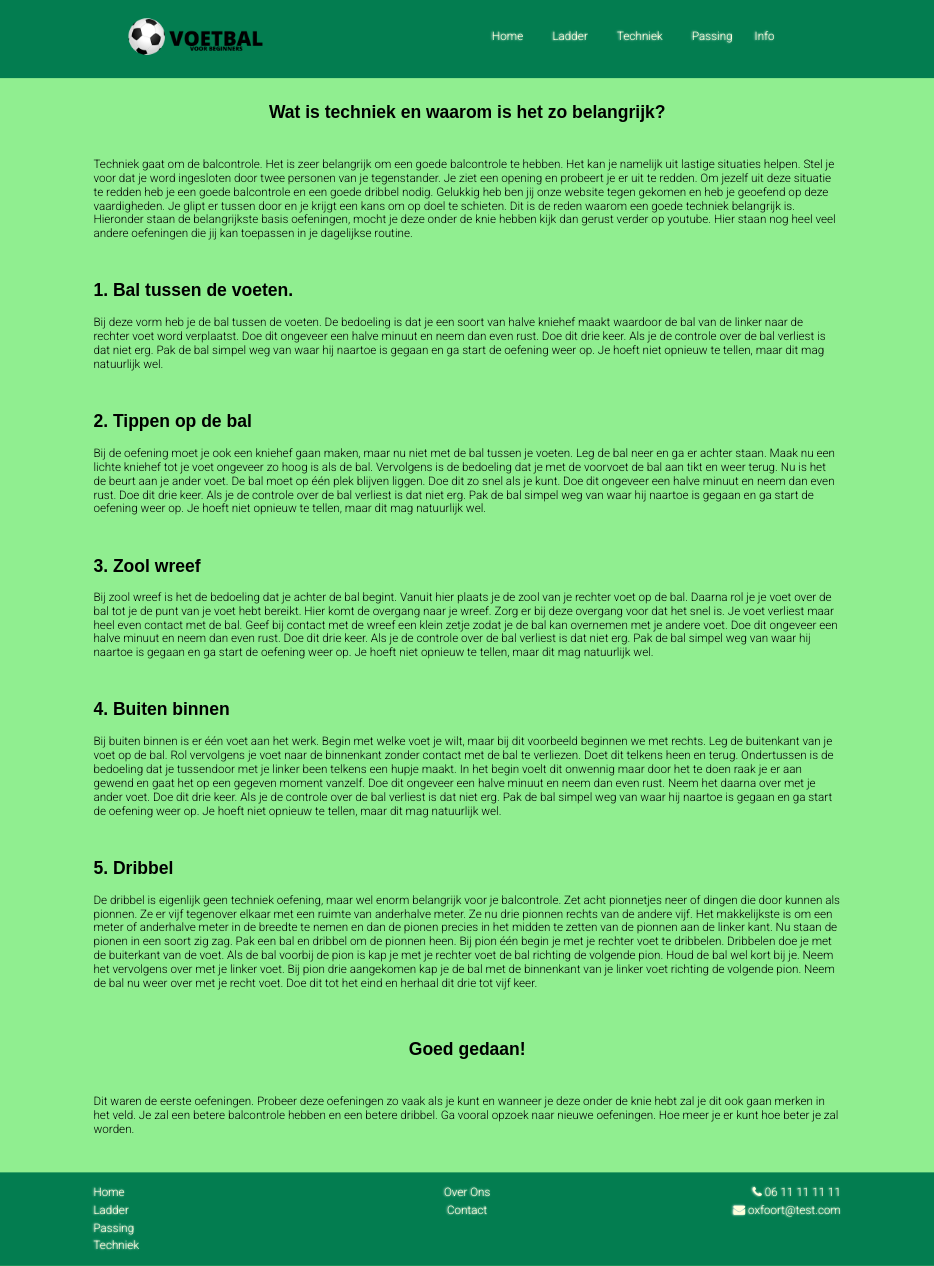
Repository: KelvinOxfoort/Start
Page: techniek.html
The author's editor kept a record of every edit. The page is drawn from the files as they stood at one moment, then again after the next edit.
The browser window is 1280 px wide. The pictures show the whole page, at 73% of full size.
Some web fonts or font styles are not loaded; a fallback is used.

Above is the page before.

After the next edit:
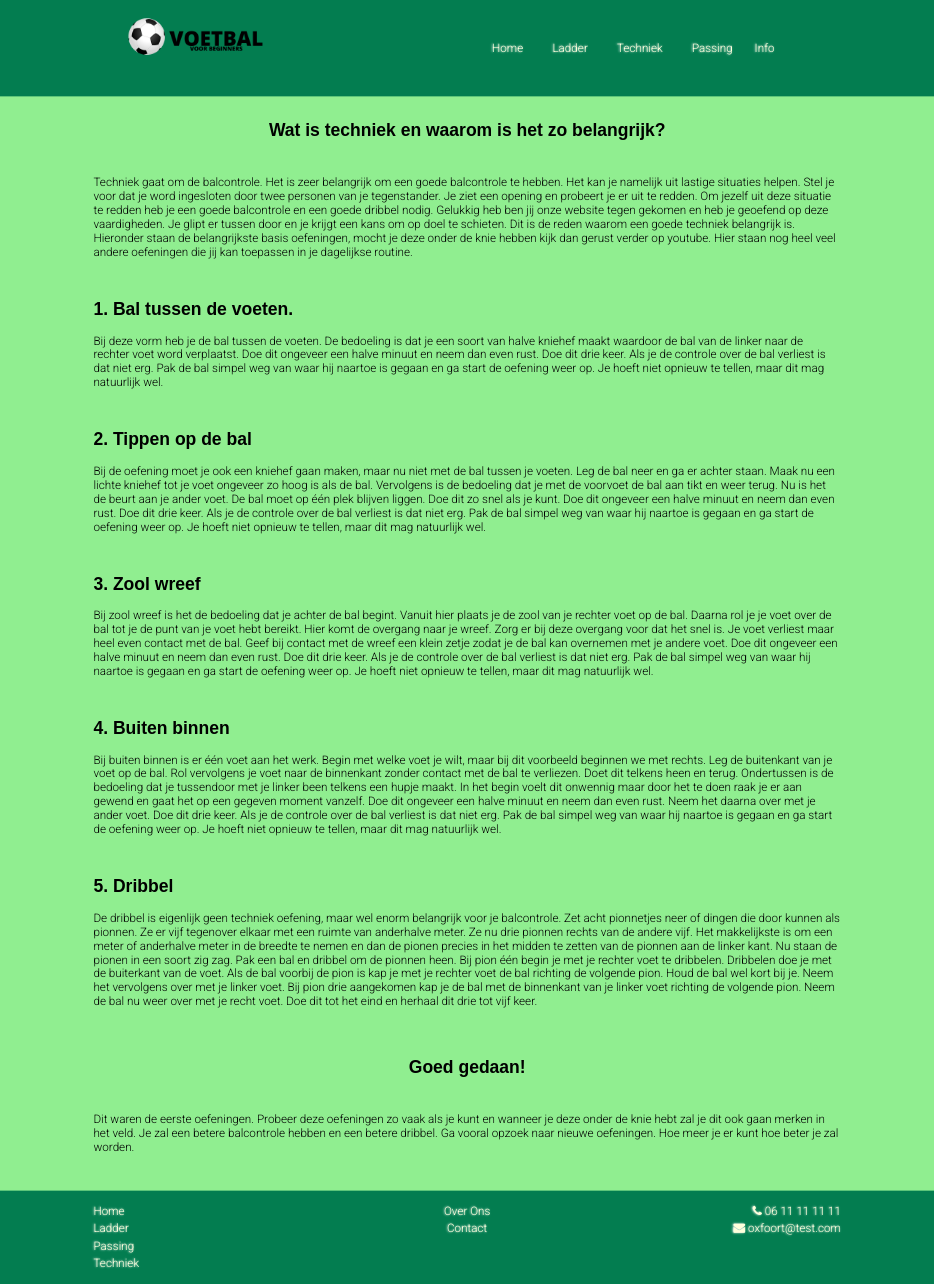
The edit:
--- a/techniek.html
+++ b/techniek.html
@@ -13,20 +13,22 @@
 </head>
 
 <body>
-    <header id="header">
+  <header id="header">
         <div>
             <a href="index.html"><img class="logo" src="uploads/LOGO.png" alt="logo"></a>
         </div>
         <nav>
+            <ul>
             <li><a href="index.html">Home</a></li>
             <li><a href="ladder.html">Ladder</a></li>
             <li><a href="techniek.html">Techniek</a></li>
             <li><a href="passing.html">Passing</a></li>
             <li id="menu">Info</li>
-                <ul id="dropdown">
-                    <li><a href="contact.html">Contact</a></li>
-                    <li><a href="overons.html">Over Ons</a></li>
-                </ul>
+            </ul>
+            <ul id="dropdown">
+                <li><a href="contact.html">Contact</a></li>
+                <li><a href="overons.html">Over Ons</a></li>
+            </ul>
         </nav>
     </header>
     <main>
